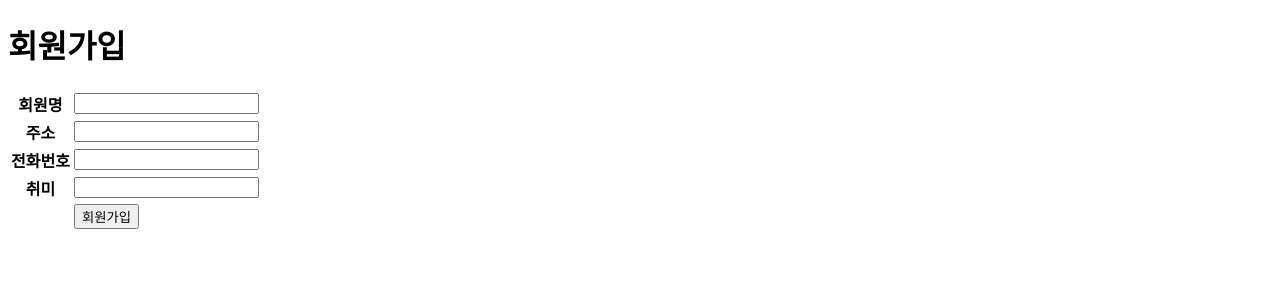
Repository: hyeri-seo/JSP
Page: Hello/src/main/webapp/memReg.html
An editor plug-in stored every save of this project. The page is shown before and after the next save, followed by the edit.
The browser window is 1280 px wide. The pictures show the whole page.

Above is the page before, as saved 2023-09-19 05:21:39.

After the next save:
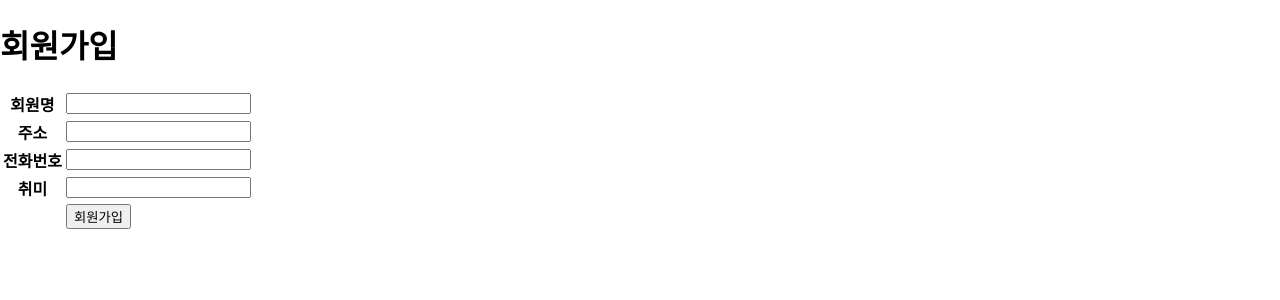
Saved 28 s later.
--- a/Hello/src/main/webapp/memReg.html
+++ b/Hello/src/main/webapp/memReg.html
@@ -3,6 +3,9 @@
 <head>
 <meta charset="UTF-8">
 <title>Insert title here</title>
+<style type="text/css">
+	body {margin:auto;}
+</style>
 </head>
 <body>
 <h1>회원가입</h1>
